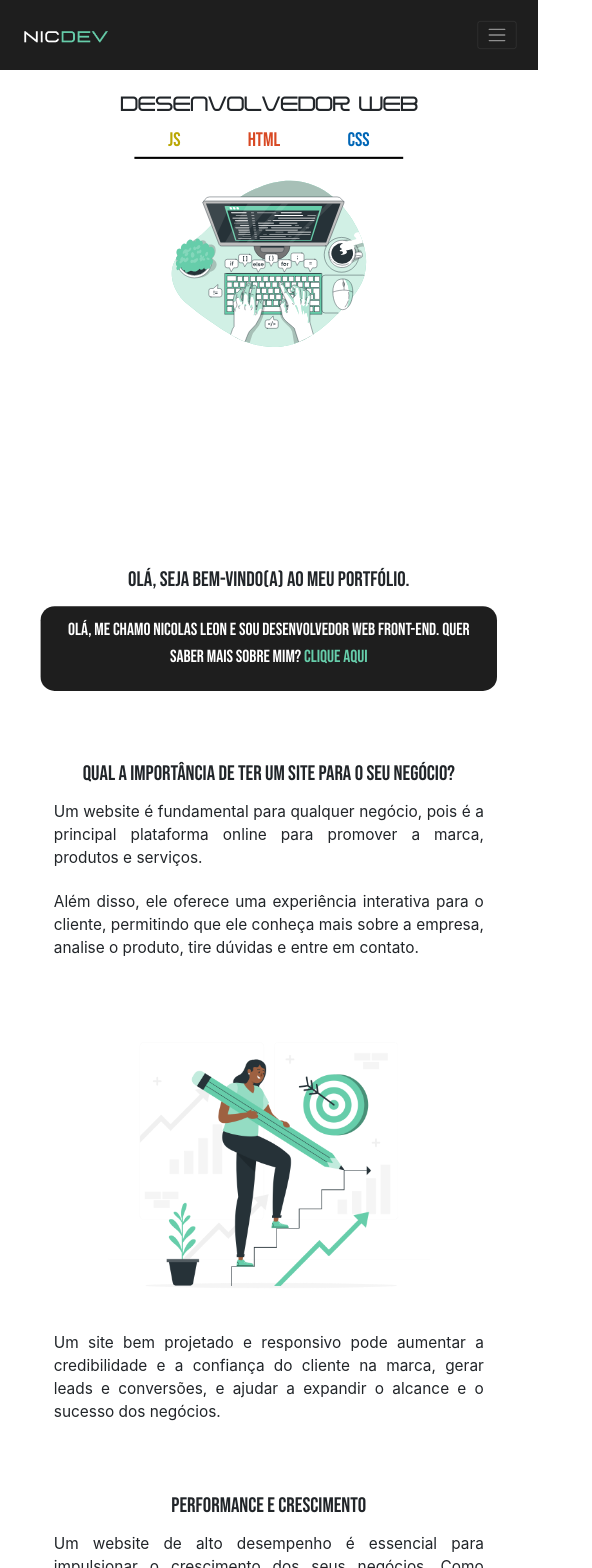
Repository: Leonngc/nicdev
Page: index.html
An editor plug-in stored every save of this project. The page is shown before and after a run of saves, followed by the edit.
The browser window is 768 px wide. The page is 845 px wide, then 826 px, so the pictures cover 845 px, including what lies to the right of the window. The pictures show the part of the page from y = 0 to 2240 px (the page is 3735 px tall before and 3729 px after), at 70% of full size.
Some web libraries are served in a nearby version.

Above is the page before, as saved 2023-04-14 23:00:25.

### index.html
<!DOCTYPE html>
<html lang="pt-br">
  <head>
    <meta charset="UTF-8" />
    <meta http-equiv="X-UA-Compatible" content="IE=edge" />
    <meta name="viewport" content="width=device-width, initial-scale=1.0" />
    <link
      rel="stylesheet"
      href="https://stackpath.bootstrapcdn.com/bootstrap/4.1.3/css/bootstrap.min.css"
      integrity="sha384-MCw98/SFnGE8fJT3GXwEOngsV7Zt27NXFoaoApmYm81iuXoPkFOJwJ8ERdknLPMO"
      crossorigin="anonymous"
    />
    <link rel="stylesheet" href="styles/contain.css" />
    <link rel="stylesheet" href="styles/main.css" />
    <link rel="stylesheet" href="styles/scrollbar.css" />
    <link rel="stylesheet" href="styles/footer.css">
    <title>nicdev</title>
  </head>
  <body>
    <header style="width: 100vw" class="position-fixed">
      <nav
        class="navbar navbar-expand-lg navbar-dark"
        style="background-color: #1e1e1e; padding: 30px"
      >
        <a class="navbar-brand" href="#"
          ><img src="images/nicdev-logo.png" alt="" style="width: 130px"
        /></a>
        <button
          class="navbar-toggler"
          type="button"
          data-toggle="collapse"
          data-target="#navbarNav"
          aria-controls="navbarNav"
          aria-expanded="false"
          aria-label="Alterna navegação"
        >
          <span class="navbar-toggler-icon"></span>
        </button>
        <div
          class="collapse navbar-collapse justify-content-end"
          id="navbarNav"
        >
          <ul class="navbar-nav">
            <li class="nav-item active">
              <a class="nav-link text-light" href="#"
                >Home <span class="sr-only">(Página atual)</span></a
              >
            </li>
            <li class="nav-item">
              <a class="nav-link text-light" href="#">Sobre</a>
            </li>
            <li class="nav-item">
              <a class="nav-link text-light" href="#">Projetos</a>
            </li>
            <li class="nav-item">
              <a class="nav-link text-light" href="#">Contatos</a>
            </li>
          </ul>
        </div>
      </nav>
    </header>

    <div class="contain">
      <h2>DESENVOLVEDOR WEB</h2>
      <div class="skills">
        <span style="color: #baa704">JS</span>
        <span style="color: #d84924">HTML</span>
        <span style="color: #0066b6">CSS</span>
      </div>

      <img src="images/Code typing-bro.svg" alt="" class="code-image" />
    </div>

    <main>
      <h3>Olá, seja bem-vindo(a) ao meu portfólio.</h3>
      <div class="box">
        <p>
          Olá, me chamo Nicolas Leon e sou desenvolvedor web front-end. Quer
          saber mais sobre mim? <a href="">Clique aqui</a>
        </p>
      </div>

      <div class="text-box">
        <h3>Qual a importância de ter um site para o seu negócio?</h3>
        <p>
          Um website é fundamental para qualquer negócio, pois é a principal plataforma online para promover a marca, produtos e serviços.
        </p>

        <p>
          Além disso, ele oferece uma experiência interativa para o cliente, permitindo que ele conheça mais sobre a empresa, analise o produto, tire dúvidas e entre em contato.
        </p>
        <div class="image">
          <img src="images/Next steps-rafiki.png" alt="" srcset="" />
        </div>
        <p>
          Um site bem projetado e responsivo pode aumentar a credibilidade e a confiança do cliente na marca, gerar leads e conversões, e ajudar a expandir o alcance e o sucesso dos negócios.
        </p>
      </div>

      <div class="text-box">
        <h3>Performance e Crescimento</h3>
        <p>
          Um website de alto desempenho é essencial para impulsionar o crescimento dos seus negócios. Como freelancer, entendo a importância de um website que garanta a <span class="word-emphasis">PERFORMANCE</span> necessária para alcançar seus objetivos de<span class="word-emphasis"> CRESCIMENTO</span>. Deixe-me ajudá-lo a construir uma presença online que permita que seus clientes potenciais encontrem você facilmente e se conectem com sua marca.
        </p>

        <p>
          Com nosso serviço, você terá um website profissional e otimizado para alcançar seu público-alvo. Além disso oferecemos acompanhamento digital personalizado para ajudá-lo a entender seu público, monitorar suas métricas e tomar decisões estratégicas para alcançar seus objetivos de negócios.
        </p>


        <img src="images/sloganweb (1)_adobe_express.svg" alt="" srcset="" class="slogan">

        <p>Não perca mais tempo tentando navegar sozinho no mundo digital. Deixe ajudá-lo a alcançar o sucesso que sua empresa merece. Entre em contato hoje mesmo e comece a sua jornada de CRESCIMENTO e PERFORMANCE agora mesmo.</p>
      </div>
      <a href=""><button type="button" class="btn btn-outline-success" style="width: 300px; font-size: 26px; margin-bottom: 40px;">Fale comigo</button></a>

    </main>

    <footer>
      <p><img src="images/gmail.png" alt=""><a href="">nicolasleongoncalvescorrea@gmail.com</a> <img src="images/linkedin.png" alt=""><a href="">Nicolas Leon</a> <img src="images/whatsapp.png" alt=""><a href="">(91) 8332-8035</a></p>
      <p class="rights">Nicolas Leon | 2023</p>
    </footer>
    <script
      src="https://code.jquery.com/jquery-3.3.1.slim.min.js"
      integrity="sha384-q8i/X+965DzO0rT7abK41JStQIAqVgRVzpbzo5smXKp4YfRvH+8abtTE1Pi6jizo"
      crossorigin="anonymous"
    ></script>
    <script
      src="https://cdnjs.cloudflare.com/ajax/libs/popper.js/1.14.3/umd/popper.min.js"
      integrity="sha384-ZMP7rVo3mIykV+2+9J3UJ46jBk0WLaUAdn689aCwoqbBJiSnjAK/l8WvCWPIPm49"
      crossorigin="anonymous"
    ></script>
    <script
      src="https://stackpath.bootstrapcdn.com/bootstrap/4.1.3/js/bootstrap.min.js"
      integrity="sha384-ChfqqxuZUCnJSK3+MXmPNIyE6ZbWh2IMqE241rYiqJxyMiZ6OW/JmZQ5stwEULTy"
      crossorigin="anonymous"
    ></script>
  </body>
</html>

### styles/contain.css
@import url('https://fonts.googleapis.com/css2?family=Bebas+Neue&display=swap'); /* CDN GOOGLE  FONT */
@font-face {
    font-family: Lastica;
    src: url(../fonts/instrg.ttf)
}

*{
    max-width: 100vw;
}

:root{
 --bebas-neue : 'Bebas Neue', cursive;
}

.contain{
    margin: auto;
    width: 100vw;
    height: 90vh;
   justify-content: center;
   text-align: center;
   padding-top: 100px;

   background-image: linear-gradient(
  270deg,
  hsl(0, 0%, 32%) 0%,
  hsl(0deg 0% 50%) 13%,
  hsl(0deg 0% 71%) 25%,
  hsl(0deg 0% 87%) 37%,
  hsl(0deg 0% 100%) 50%,
  hsl(0deg 0% 87%) 63%,
  hsl(0deg 0% 71%) 75%,
  hsl(0deg 0% 50%) 87%,
  hsl(0deg 0% 32%) 100%
);

}


h2{
    font-family: Lastica, sans-serif;
    font-weight: bold;
    margin-top: 30px;
}

.skills{
    width: 50%;
    display: flex;
    justify-content: space-around;
    margin-left: 380px;
    margin-right: 380px;
    margin-top: 80px;
    border-bottom: 3px solid black;
}

.skills > span{
    font-size: 28px;
    font-family: var(--bebas-neue), sans-serif;
    color: #4BC6B9;
    padding: 3px;
}

.code-image{
    width: 300px;

}

@media screen and (max-width: 900px) {
    .contain{
        background-image: none;
    }
    .skills{
        margin: auto;
    }

}

### styles/main.css
@import url('https://fonts.googleapis.com/css2?family=Bebas+Neue&display=swap'); /* CDN GOOGLE  FONT */
@import url('https://cdn-uicons.flaticon.com/uicons-solid-straight/css/uicons-solid-straight.css'); /* CDN ICON*/
@font-face {
    font-family: Lastica;
    src: url(../fonts/instrg.ttf)
}

*{
    max-width: 100vw;
}

:root{
 --bebas-neue : 'Bebas Neue', cursive;
}

main{
    margin-top: 90px;
    text-align: center;
}

h3{
    font-family: var(--bebas-neue), sans-serif;
    font-size: 40px;
    margin-bottom: 20px;
}

.box{
    background-color: #1E1E1E;
    color: white;
    width:40vw;
    margin: auto;
    padding: 15px;
    border-radius: 20px;
}

.box > p{
    font-size: 25px;
    font-family: var(--bebas-neue);
}

.box > p a{
    color: #66CDAA;
}

.text-box{
    width: 50vw;
    margin: auto;
    margin-top: 100px;
}
.text-box > p{
     font-size: 28px;
    text-align: justify;
    padding: 20px;
}
.text-box > .image img{
    width: 500px;
    padding: 20px;
}

.word-emphasis{
    color: #66CDAA;
    font-weight: bold;
}

.word-emphasis:hover{
    text-decoration: underline;
    color: #3c7562;
}

.slogan{
    width: 800px;
}
@media screen and (max-width:900px){
    .box{
    width: 85vw;
}
.text-box{
    width: 80vw;
}

.text-box > p{
    font-size: 22px;
    padding: 0px;
    margin-bottom: 30px;
}

h3{
    font-size: 30px;
}



}

### styles/scrollbar.css
body{
    overflow-x: hidden;
}
body::-webkit-scrollbar {
    width: 6px;               /* width of the entire scrollbar */
  }

  body::-webkit-scrollbar-track {
    background: rgb(5, 5, 5);        /* color of the tracking area */
  }

  body::-webkit-scrollbar-thumb {
    background-color: #4BC6B9;    /* color of the scroll thumb */
    border-radius: 20px;       /* roundness of the scroll thumb */
  }

### styles/footer.css
footer{
    background-color: black;
    text-align: center;
    margin-top: 200px;
    padding: 15px;
    height: 13vh;
}

footer > p  a{
    padding: 10px;
    text-decoration: none;
    color: white;
    font-family: 'Lucida Sans', 'Lucida Sans Regular', 'Lucida Grande', 'Lucida Sans Unicode', Geneva, Verdana, sans-serif;
}

footer > p > a:hover{
    color: #66CDAA;
    transition: 1s;
}

.rights{
    color: white;
    font-family: 'Times New Roman', Times, serif;
}

After the next 2 saves:
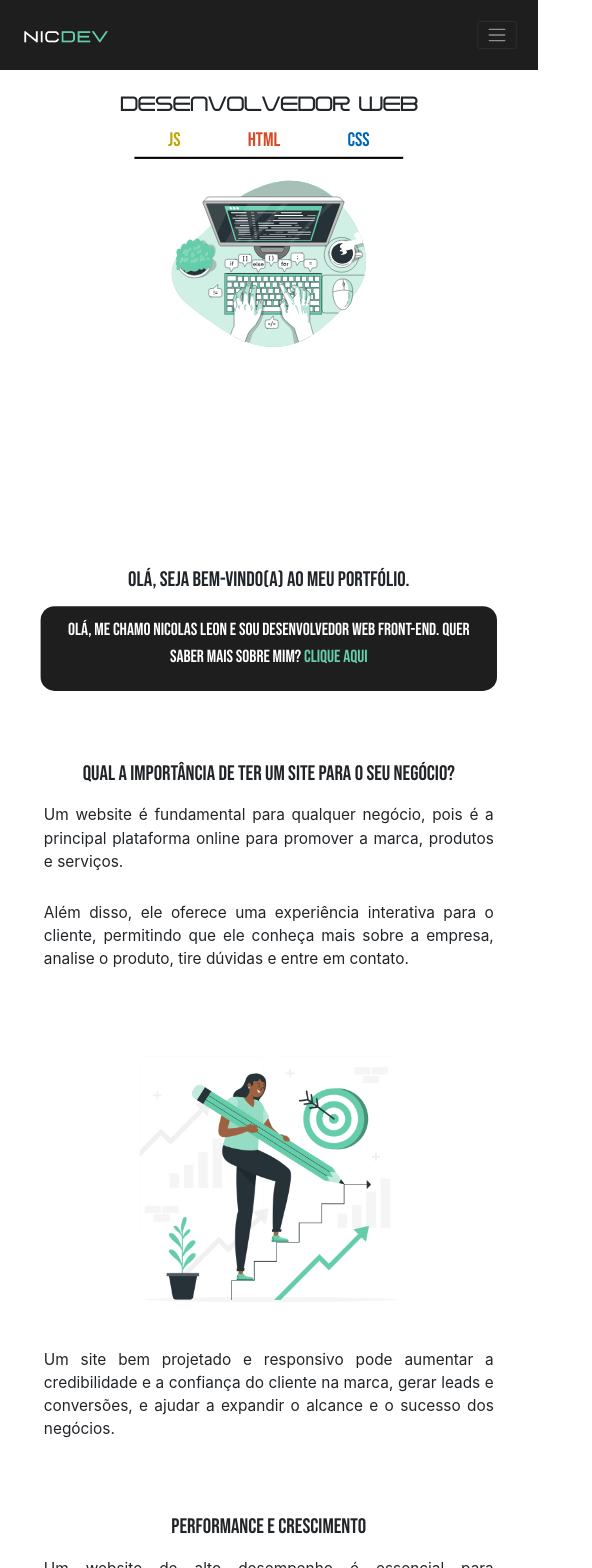
The 2 saves are shown as one change because they came seconds apart.
The last was saved 9 s later.
--- a/styles/main.css
+++ b/styles/main.css
@@ -75,12 +75,12 @@ h3{
     width: 85vw;
 }
 .text-box{
-    width: 80vw;
+    width: 85vw;
 }
 
 .text-box > p{
     font-size: 22px;
-    padding: 0px;
+    padding: 5px;
     margin-bottom: 30px;
 }
 
